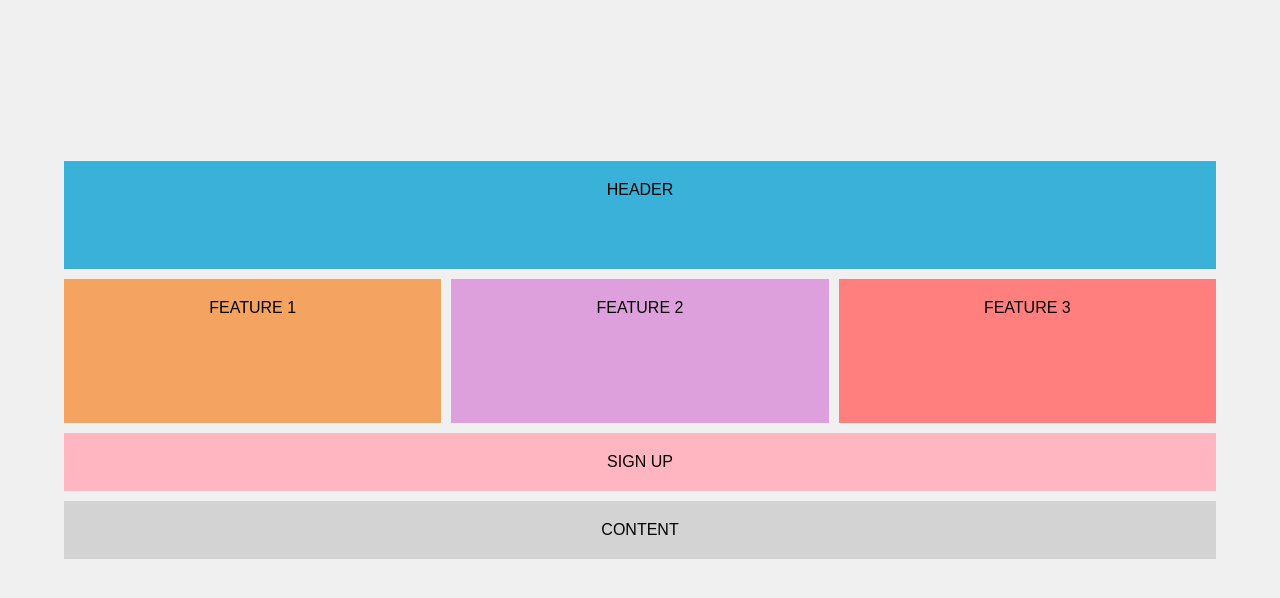
Repository: viveknaidu007/repo-152-FSD-InnomaticsTasksSep2024
Page: task_3/index.html
An editor plug-in stored every save of this project. The page is shown before and after the next save, followed by the edit.
The browser window is 1280 px wide. The pictures show the whole page.

Above is the page before, as saved 2024-10-02 11:34:08.

### task_3/index.html
<!DOCTYPE html>
<html lang="en">
<head>
  <meta charset="UTF-8">
  <meta name="viewport" content="width=device-width, initial-scale=1.0">
  <title>Responsive Layout</title>
  <link rel="stylesheet" href="styles.css">
</head>
<body>
  <div class="container">
    <header class="header">HEADER</header>
    <div class="content">CONTENT</div>
    <div class="signup">SIGN UP</div>
    <div class="feature feature1">FEATURE 1</div>
    <div class="feature feature2">FEATURE 2</div>
    <div class="feature feature3">FEATURE 3</div>
  </div>
</body>
</html>

### task_3/styles.css
* {
    margin: 0;
    padding: 0;
    box-sizing: border-box;
  }

  body {
    font-family: Arial, sans-serif;
    display: flex;
    justify-content: center;
    align-items: center;
    height: 100vh;
    background-color: #f0f0f0;
  }



  .container {
    display: grid;
    grid-template-areas:
      "header"
      "content"
      "signup"
      "feature1"
      "feature2"
      "feature3";
    grid-template-columns: 1fr;
    gap: 10px;
    width: 90%;
    max-width: 1200px;
  }

  .header {
    grid-area: header;
    background-color: #3ab1d9;
    text-align: center;
    padding: 20px;
    position: static;
    height: 15vh;
  }

  .content {
    grid-area: content;
    background-color: #d3d3d3;
    text-align: center;
    padding: 20px;
  }

  .signup {
    grid-area: signup;
    background-color: #ffb6c1;
    text-align: center;
    padding: 20px;
  }

  .feature {
    background-color: #dda0dd;
    text-align: center;
    padding: 20px;
  }

  .feature1 {
    background-color: #f4a460;
    height:20vh;
  }

  .feature2 {
    background-color: #dda0dd;
    height:20vh
  }

  .feature3 {
    background-color: #ff7f7f;
  }


  @media(min-width: 768px) {
    .container {
      grid-template-areas:
        "header header"
        "content content"
        "signup feature1"
        "feature2 feature3";
      grid-template-columns: 1fr 1fr;
    }
  }

  @media(min-width: 1024px) {
    .container {
      grid-template-areas:
        "header header header"
        "feature1 feature2 feature3"
        "signup signup signup"
        "content content content";
      grid-template-columns: repeat(3, 1fr);
    }
  }

After the next save:
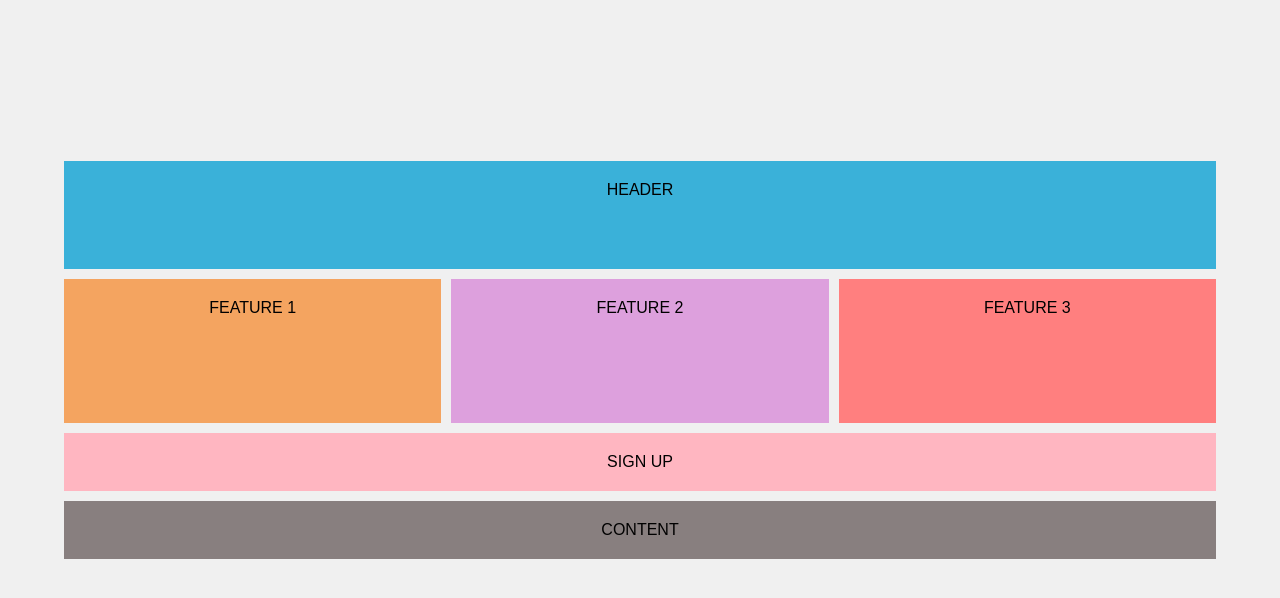
Saved 9 s later.
--- a/task_3/styles.css
+++ b/task_3/styles.css
@@ -41,7 +41,7 @@
 
   .content {
     grid-area: content;
-    background-color: #d3d3d3;
+    background-color: #887f7f;
     text-align: center;
     padding: 20px;
   }
